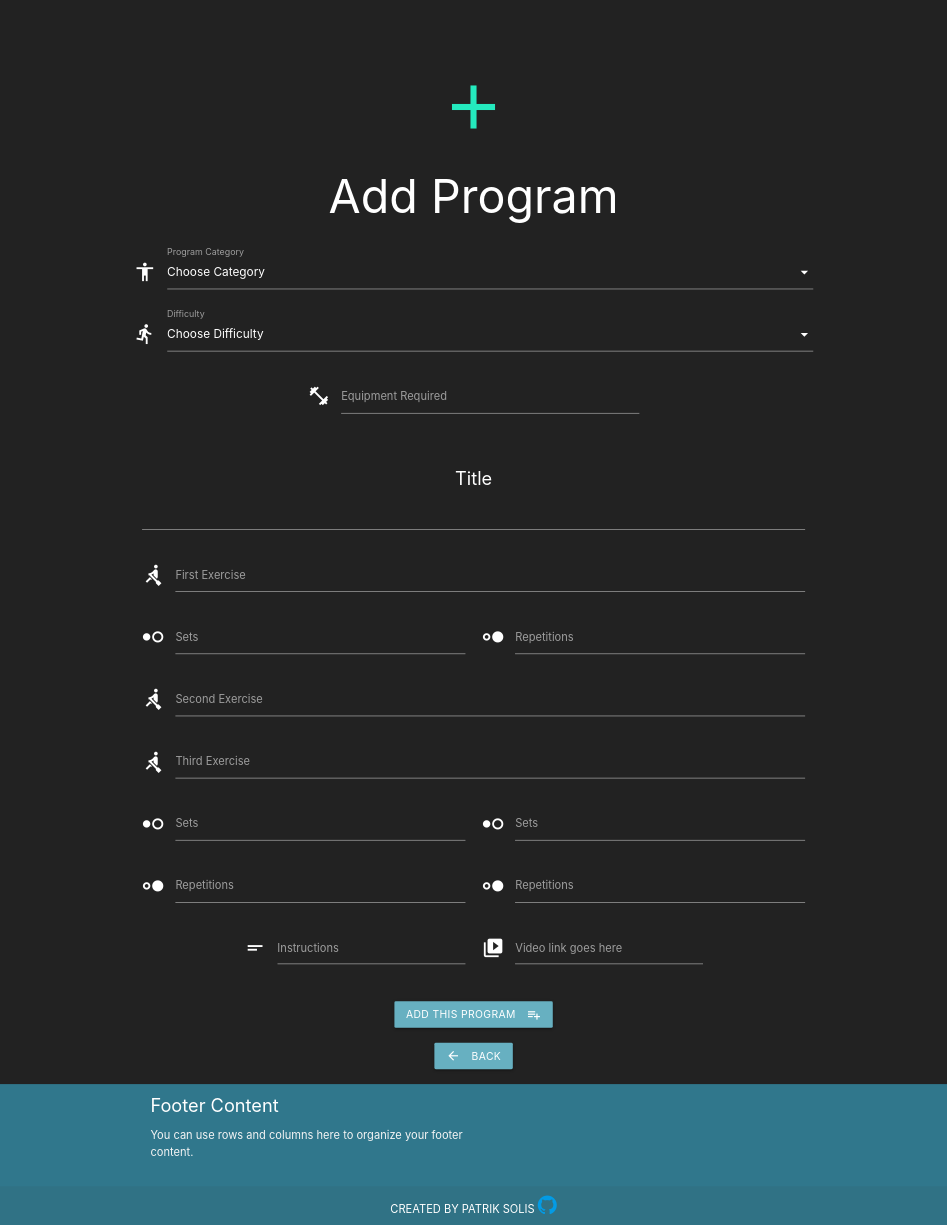
Repository: Ario124/calisthenics-project
Page: http://localhost/add_program
The author's editor kept a record of every edit. The page is drawn from the files as they stood at one moment, then again after the next edit.
The browser window is 1280 px wide. The pictures show the whole page, at 74% of full size.
The page is served by the project's application, run on Flask 3 (app.py). Queries for data that is not in the repository find no rows.

Above is the page before.

### templates/add_program.html
{% extends 'base.html' %} {% block content %}

<div class="row center-align">
    <i class="material-icons icon-size icon-color2">add</i>
</div>
<h1 class="center-align expert_title">Add Program</h1>
<div class="container">

    <form action="{{url_for('insert_program')}}" method="POST" class="col s12">
        <div class="row">
            <div class="row">
                <div class="input-field col s12">
                    <i class="material-icons prefix">accessibility</i>
                    <select id="category" name="category_name">
                  <option value="" disabled selected>Choose Category</option>
                  {% for cat in categories %}
                      <option value="{{cat.category_name}}">{{cat.category_name}}</option>
                  {% endfor %}
                </select>
                    <label>Program Category</label>
                </div>




                <div class="input-field col s12">
                    <i class="material-icons prefix">directions_run</i>
                    <select id="difficulty" name="difficulty_level">
                  <option value="" disabled selected>Choose Difficulty</option>
                  {% for dif in difficulty %}
                      <option value="{{dif.difficulty_level}}">{{dif.difficulty_level}}</option>
                  {% endfor %}
                </select>
                    <label>Difficulty</label>
                </div>

                <div class="input-field col s6 offset-s3">
                    <i class="material-icons prefix">fitness_center</i>
                    <input id="equipment_required" name="equipment_required" type="text" required>
                    <label for="icon_prefix">Equipment Required</label>
                </div>
            </div>
            <div class="input-field col s12">
                <h5 class="center-align">Title</h5>
                <input id="program_name" name="program_name" type="text" class="center-align" required>
            </div>

            <div class="input-field col s12">
                <i class="material-icons prefix">rowing</i>
                <input id="exercise" name="exercise" type="text" required>
                <label for="icon_prefix">First Exercise</label>
            </div>

                        <div class="input-field col s6">
                <i class="material-icons prefix">hdr_weak</i>
                <input id="sets_amount" name="sets_amount" type="text" required>
                <label for="icon_prefix">Sets</label>
            </div>

                        <div class="input-field col s6">
                <i class="material-icons prefix">hdr_strong</i>
                <input id="reps_amount" name="reps_amount" type="text" required>
                <label for="icon_prefix">Repetitions</label>
            </div>

            <div class="input-field col s12">
                <i class="material-icons prefix">rowing</i>
                <input id="exercise2" name="exercise2" type="text" required>
                <label for="icon_prefix">Second Exercise</label>
            </div>

            <div class="input-field col s12">
                <i class="material-icons prefix">rowing</i>
                <input id="exercise3" name="exercise3" type="text" required>
                <label for="icon_prefix">Third Exercise</label>
            </div>



            <div class="input-field col s6">
                <i class="material-icons prefix">hdr_weak</i>
                <input id="sets_amount2" name="sets_amount2" type="text" required>
                <label for="icon_prefix">Sets</label>
            </div>

            <div class="input-field col s6">
                <i class="material-icons prefix">hdr_weak</i>
                <input id="sets_amount3" name="sets_amount3" type="text" required>
                <label for="icon_prefix">Sets</label>
            </div>


            <div class="input-field col s6">
                <i class="material-icons prefix">hdr_strong</i>
                <input id="reps_amount2" name="reps_amount2" type="text" required>
                <label for="icon_prefix">Repetitions</label>
            </div>

            <div class="input-field col s6">
                <i class="material-icons prefix">hdr_strong</i>
                <input id="reps_amount3" name="reps_amount3" type="text" required>
                <label for="icon_prefix">Repetitions</label>
            </div>

            <div class="container">
                <div class="input-field col s6">
                    <i class="material-icons prefix">short_text</i>
                    <textarea name="description" id="description" class="materialize-textarea center-align" required></textarea>
                    <label for="icon_prefix">Instructions</label>
                </div>



                <div class="input-field col s6">
                    <i class="material-icons prefix">video_library</i>
                    <textarea name="example_youtube" id="example_youtube" class="materialize-textarea center-align" required></textarea>
                    <label for="icon_prefix">Video link goes here</label>
                </div>
            </div>


        </div>
        <div class="row center-align">

            <div class="col s12">
                <button class="btn waves-effect waves-light btn-colored" type="submit" name="action">Add This Program
                     <i class="material-icons right">playlist_add</i>
                    </button>
            </div>

        </div>
        <div class="row center-align">
            <div class="col s12">
                <button onclick="goBack()" class="btn waves-effect waves-light btn-colored">Back
                     <i class="material-icons left">arrow_back</i>
                     </button>
            </div>

        </div>
    </form>
</div>





{% endblock %}

### templates/base.html
<!DOCTYPE html>
<html lang="en">
<head>
    <meta charset="UTF-8">
    <meta name="viewport" content="width=device-width, initial-scale=1">
    <link href="https://fonts.googleapis.com/icon?family=Material+Icons" rel="stylesheet">
    <link rel="stylesheet" href="https://cdnjs.cloudflare.com/ajax/libs/materialize/1.0.0/css/materialize.min.css">
    <link rel="stylesheet" href="{{url_for('static', filename="css/main.css")}}" type="text/css" />
    <link rel="stylesheet" href="https://maxcdn.bootstrapcdn.com/font-awesome/4.7.0/css/font-awesome.min.css" type="text/css" />

    <title>Calisthenics Project</title>
    <link rel="icon" href="https://d1ujqdpfgkvqfi.cloudfront.net/favicon-generator/htdocs/favicons/2019-09-19/50f3ab5b7a10e0ae0911c83435938cd6.ico.png">

</head>
<body>
    <header>

        <div id="navbar-test" class="navbar-fixed">
            <nav>
                <div class="nav-wrapper">
                    <a href="{{url_for('home')}}" class="brand-logo"><i class="material-icons nav-icon-pad">home</i></a>
                    <a href="{{url_for('home')}}" class="brand-logo center-align">Calisthenics</a>
                    <a href="#" data-target="mobile-demo" class="sidenav-trigger"><i class="material-icons">menu</i></a>
                    <ul class="right hide-on-med-and-down">
                        <li><a href="{{url_for('get_programs')}}">View Programs</a></li>
                        <li><a href="{{url_for('add_program')}}">Add Program</a></li>
                        <li><a href="{{url_for('exercises')}}">Exercises</a></li>
                        <li><a href="{{url_for('contact')}}">Contact Us</a></li>
                    </ul>
                </div>
            </nav>

            <ul class="sidenav" id="mobile-demo">
                <li><a class="sidenav-close" href="#!"><i class="material-icons">menu</i>Close</a></li>
                <li><a href="{{url_for('get_programs')}}">View Programs</a></li>
                <li><a href="{{url_for('add_program')}}">Add Program</a></li>
                <li><a href="{{url_for('exercises')}}">Exercises</a></li>
                <li><a href="{{url_for('contact')}}">Contact Us</a></li>
            </ul>
        </div>

    </header>



    {% block content %} {% endblock %}

    <script src="https://cdnjs.cloudflare.com/ajax/libs/jquery/3.4.1/jquery.min.js"></script>
    <script src="https://cdnjs.cloudflare.com/ajax/libs/materialize/1.0.0/js/materialize.min.js"></script>
    <script type="text/javascript">
        M.AutoInit()
    </script>
    <script>
        var prevScrollpos = window.pageYOffset;
window.onscroll = function() {
  var currentScrollPos = window.pageYOffset;
  if (prevScrollpos > currentScrollPos) {
    document.getElementById("navbar-test").style.top = "0";
  } else {
    document.getElementById("navbar-test").style.top = "-70px";
  }
  prevScrollpos = currentScrollPos;
}
    </script>

</body>
        <footer class="page-footer">
          <div class="container">
            <div class="row">
              <div class="col l6 s12">
                <h5 class="white-text">Footer Content</h5>
                <p class="grey-text text-lighten-4">You can use rows and columns here to organize your footer content.</p>
              </div>
            </div>
          </div>
          <div class="footer-copyright">
            <div class="container center-align">
            CREATED BY PATRIK SOLIS
            <a target="_blank" href="https://github.com/Ario124"><i class="fa fa-github fa-2x"></i></a>
            </div>
          </div>
        </footer>

</html>

### app.py
import os
from flask import Flask, render_template, redirect, request, url_for
from flask_pymongo import PyMongo
from bson.objectid import ObjectId

app = Flask(__name__)


app.config["MONGO_DBNAME"] = 'calisthenics-project'
app.config["MONGO_URI"] = 'mongodb+srv://root:pasol005@myfirstcluster-qno2b.mongodb.net/calisthenics?retryWrites=true&w=majority'


mongo = PyMongo(app)

@app.route('/')
@app.route('/home')
def home():
    return render_template('index.html')

@app.route('/add_program')
def add_program():
    return render_template('add_program.html', categories =mongo.db.categories.find(), difficulty =mongo.db.difficulty.find())


@app.route('/categories')
def categories():
    return render_template('categories.html')

@app.route('/contact')
def contact():
    return render_template('contact.html')

@app.route('/get_programs')
def get_programs():
    return render_template('programs.html',
        training_programs=mongo.db.training_programs.find(), description =mongo.db.description.find())


@app.route('/insert_program', methods=['POST'])
def insert_program():
    training_programs = mongo.db.training_programs
    training_programs.insert_one(request.form.to_dict())
    return redirect(url_for('get_programs'))

@app.route('/edit_program/<program_id>')
def edit_program(program_id):
    _program = mongo.db.training_programs.find_one({"_id": ObjectId(program_id)})
    _categories = mongo.db.categories.find()
    _difficulty = mongo.db.difficulty.find()
    category_list = [category for category in _categories]
    difficulty_list = [difficult for difficult in _difficulty]
    return render_template('edit_program.html', program = _program, categories = category_list, difficulties = difficulty_list)


@app.route('/update_program/<program_id>', methods=['POST'])
def update_program(program_id):
    training_programs = mongo.db.training_programs
    training_programs.update({'_id': ObjectId(program_id)},
    {
        'category_name':request.form.get('category_name'),
        'difficulty_level':request.form.get('difficulty_level'),
        'program_name':request.form.get('program_name'),
        'exercise':request.form.get('exercise'),
        'exercise2':request.form.get('exercise2'),
        'exercise3':request.form.get('exercise3'),
        'sets_amount':request.form.get('sets_amount'),
        'sets_amount2':request.form.get('sets_amount2'),
        'sets_amount3':request.form.get('sets_amount3'),
        'reps_amount':request.form.get('reps_amount'),
        'reps_amount2':request.form.get('reps_amount2'),
         'reps_amount3':request.form.get('reps_amount3'),
        'equipment_required':request.form.get('equipment_required'),
        'description':request.form.get('description')
    })
    return redirect(url_for('get_programs'))

@app.route('/add_exercise')
def add_exercise():
    return render_template('add_exercise.html')


@app.route('/delete_program/<program_id>')
def delete_program(program_id):
    mongo.db.training_programs.remove({'_id': ObjectId(program_id)})
    return redirect(url_for('get_programs'))


@app.route('/exercises')
def exercises():
    return render_template('exercises.html')

if __name__ == '__main__':
    app.run(host=os.environ.get('IP'),
            port=int(os.environ.get('PORT')),
            debug=True)

### static/css/main.css
nav {
    background-color: #1d1717f7;

}

.brand-logo {
    font-size: 40px;
}

.video-container iframe, .video-container object, .video-container embed {
    position: absolute;
    top: 0;
    left: 0;
    width: 100%;
    height: 100%;

}


.circle {
    width: 36%;
}

.video-container {
    bottom: 0px;
    z-index: -4;
}

.collapsible-header {
background-color: transparent;
}

.icon-size {
    font-size: 100px;
    margin-top:30px;
}

.contoo {
    background-color: #212525e8;
    color: orange;
}

.program-header {
    margin-top: 5px;
}

.colored-title {
    color: #e85a13;
}

.icon-color {
    color: #e6d712;
}

.icon-color2 {
    color: #24eabe;
}

.btn-colored {
    background-color: #71c4d8e0;
}

.btn-colored:hover {
    background-color: #3196af;
}

.img-test {
    background-image: url("/static/images/Pushups.jpg");
}

.icon-exercises {
    font-size: 100px;
    margin-top:30px;
    color: #f91d1d;
}

.expert_title {
    margin-bottom: 30px;
    margin-top: 30px;
}
body {
    background-color: #222;
    color: white;
}

nav .brand-logo i, .hoomee {
    font-size: 40px;
}

.select-dropdown {
    color: white;
}

.select-dropdown li.disabled>span {
    color: white;
}

.select-dropdown:focus {
    color:white;
}

input {
    color:white;


}

.container {
    color:white;
}

textarea.materialize-textarea {
    color:white;
}

.dropdown-content {
    background-color: #313131;
}

.dropdown-content li>span {
    color:white;
}

.select-wrapper .caret {
    fill:white
}

.sidenav-overlay {
    opacity: 0 !important;
    position: relative;
}

        .nav-icon-pad {
 padding-left:220px;

}


            .flow-text {
        font-size: 1rem;
    }

.pad-this {
    padding-top: 24px;
}

.page-footer {
    background-color: #1d1717f7;
    padding-top: 0px;
}


/* MEDIA QUERIES */



@media all and (min-width: 480px) and (max-width: 767px) {
    nav {
        background-color: #d0501ef7;
    }
            .flow-text {
        font-size: 2.1rem;
    }
}

@media all and (min-width: 768px) and (max-width: 1024px) {

    nav {
        background-color: #d01e1ef7;
    }

        .flow-text {
        font-size: 2.1rem;
    }

    .page-footer {
    background-color: #d01e1ef7;
    padding-top: 0px;
}

}


@media all and (min-width: 1024px) {

        nav .brand-logo {
            left: 43%;
        }

        nav {
            background-color: #317a90f7;
        }

            .page-footer {
    background-color: #317a90f7;
    padding-top: 0px;
}

        .nav-icon-pad {
 padding-left:190px;
}

            .flow-text {
        font-size: 1.5rem;
    }


.pad-this {
    padding-top: 0;
}

.video-container {
    bottom: 65px;
    z-index: -4;
}


}

After the next edit:
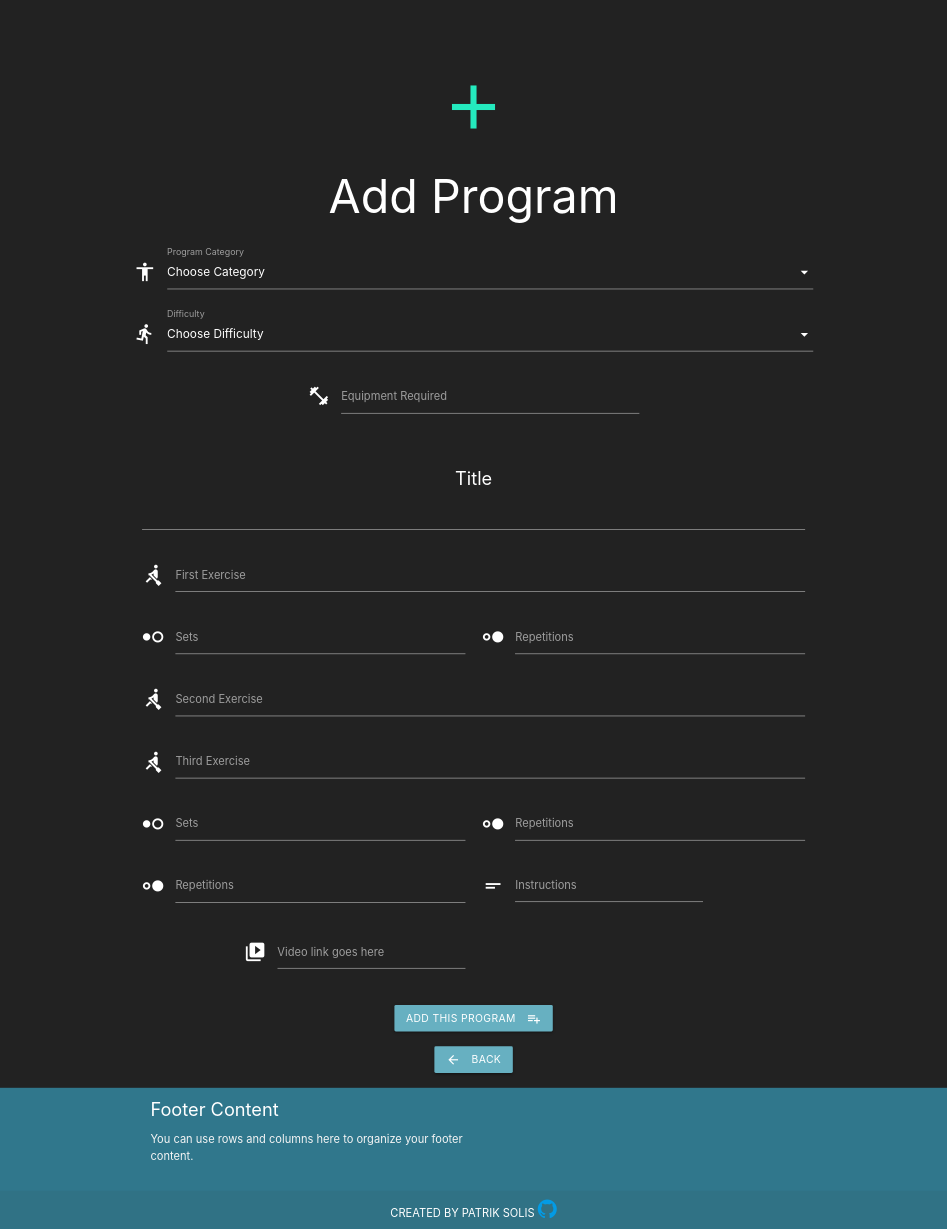
The edit:
--- a/templates/add_program.html
+++ b/templates/add_program.html
@@ -75,14 +75,6 @@
                 <label for="icon_prefix">Third Exercise</label>
             </div>
 
-
-
-            <div class="input-field col s6">
-                <i class="material-icons prefix">hdr_weak</i>
-                <input id="sets_amount2" name="sets_amount2" type="text" required>
-                <label for="icon_prefix">Sets</label>
-            </div>
-
             <div class="input-field col s6">
                 <i class="material-icons prefix">hdr_weak</i>
                 <input id="sets_amount3" name="sets_amount3" type="text" required>
